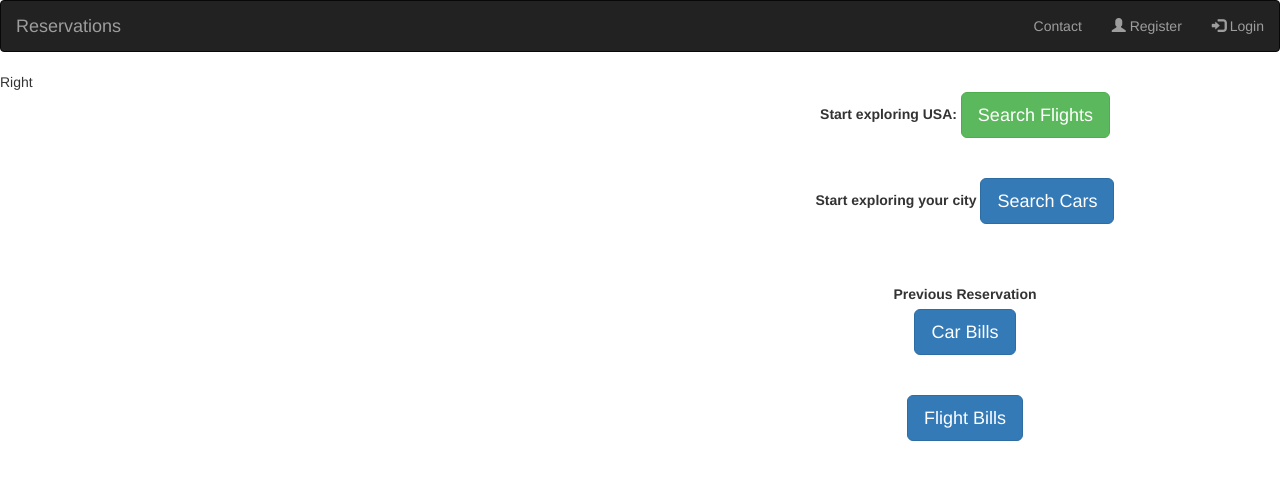
Repository: svnsiva/final-project
Page: http://localhost/flights-car-reservation/WEB-INF/pages/account.jsp
An editor plug-in stored every save of this project. The page is shown before and after the next save, followed by the edit.
The browser window is 1280 px wide. The pictures show the whole page.
Some web libraries are served in a nearby version. The page is served by Tomcat 9. Nobody is signed in. The template is opened directly, without the code that normally fills it, so the values that code supplies are empty.

Above is the page before, as saved 2017-08-06 00:15:35.

After the next save:
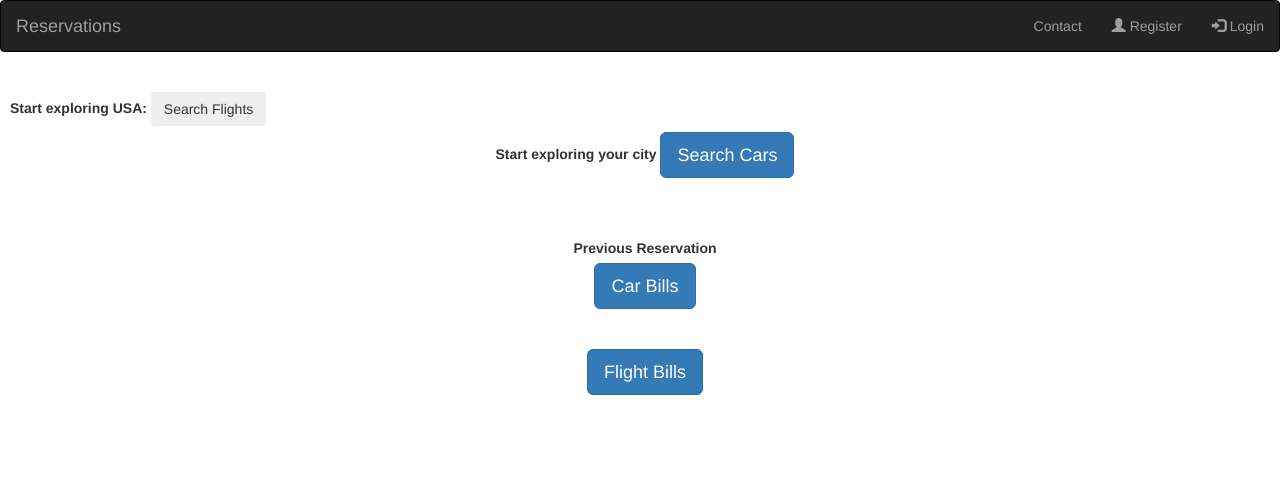
Saved 24 s later.
--- a/flights-car-reservation/src/main/webapp/WEB-INF/pages/account.jsp
+++ b/flights-car-reservation/src/main/webapp/WEB-INF/pages/account.jsp
@@ -16,7 +16,7 @@
 
 <style>
 body{
-/* background:url("http://kennethsurat.com/wp-content/uploads/2014/12/EXPLORE-DREAM-DISCOVER.jpg");
+/* background:url("http://kennethsurat.com/wp-content/uploads/2014/12/EXPLORE-DREAM-DISCOVER.jpg"); */
 background-repeat:no-repeat;
 background-size:cover;
 }
@@ -41,14 +41,6 @@ float:left;
   </div>
 </nav>
 
-
-
-
-</div>
-<div style="float:left; width:50%;">
-Right  <!-- Set Div As your requirement -->
-</div>
-<div style="float:left; width:50%;">
  <div class="media">
     <div class="media-left">
      <!--  <img style="margin-left: 50px;" src="https://www.citizenpass.io/themes/citizen-pass/img/process-login.png" class="media-object" > -->
@@ -60,7 +52,7 @@ Right  <!-- Set Div As your requirement -->
    <div class="cen">
     <label for="name">Start exploring USA:</label>
 
-	<button type="submit" class="btn btn-success btn-lg">Search Flights</button>
+	<button type="submit" class="btn btn-succesbtn-lg">Search Flights</button>
 	</div>
 	</form>
 	</div>
@@ -71,7 +63,6 @@ Right  <!-- Set Div As your requirement -->
     <label for="name">Start exploring your city</label>
 	<button type="submit" class="btn btn-primary btn-lg">Search Cars</button>
 	</div></form>
-	</div>
 	<br><br><br>
     <div>
     <label for="name">Previous Reservation</label>
